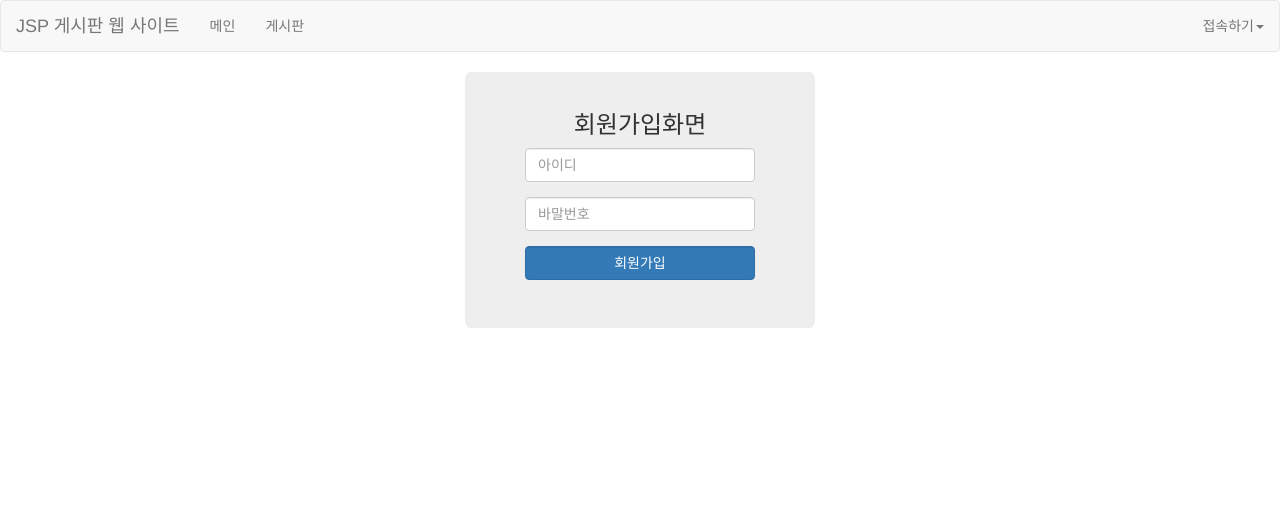
Repository: qqqkjh/JSP
Page: http://localhost/BBS/join.jsp
An editor plug-in stored every save of this project. The page is shown before and after the next save, followed by the edit.
The browser window is 1280 px wide. The pictures show the whole page.
Some web libraries are served in a nearby version. The page is served by Tomcat 9.

Above is the page before, as saved 2020-01-08 12:42:40.

After the next save:
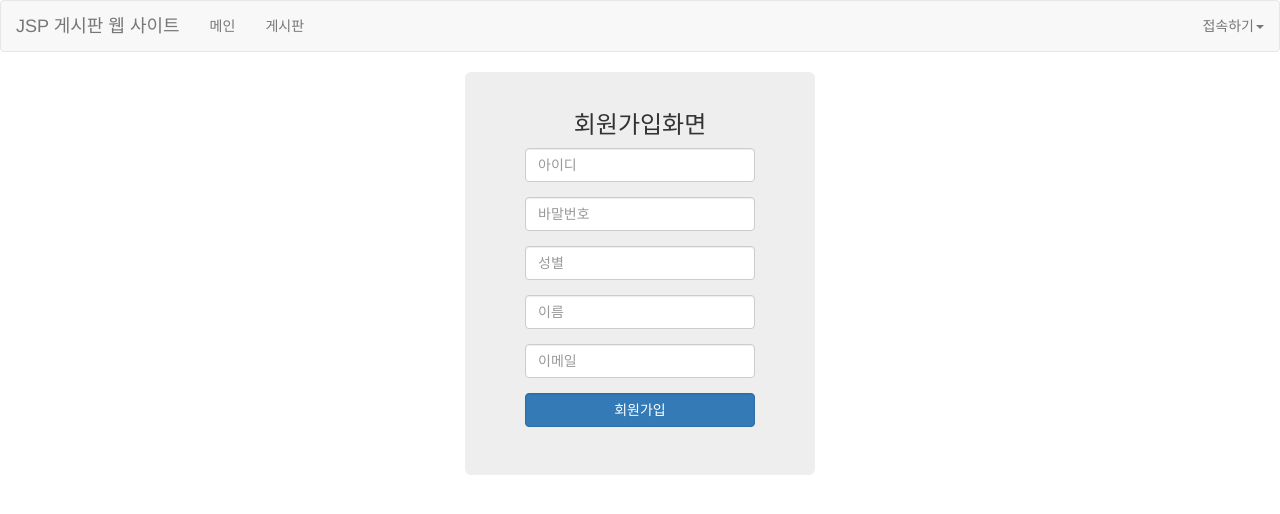
Saved 33 min 34 s later.
--- a/projects/BBS/WebContent/join.jsp
+++ b/projects/BBS/WebContent/join.jsp
@@ -48,7 +48,16 @@
 						<input type="text" class="form-control" placeholder="아이디" name="userID" maxlength="20">
 					</div>
 					<div class="form-group">
-						<input type="text" class="form-control" placeholder="바말번호" name="userPassword" maxlength="20">
+						<input type="password" class="form-control" placeholder="바말번호" name="userPassword" maxlength="20">
+					</div>
+					<div class="form-group">
+						<input type="text" class="form-control" placeholder="성별" name="userGander" maxlength="20">
+					</div>
+					<div class="form-group">
+						<input type="text" class="form-control" placeholder="이름" name="userName" maxlength="20">
+					</div>
+					<div class="form-group">
+						<input type="text" class="form-control" placeholder="이메일" name="userEmail" maxlength="20">
 					</div>
 					<input type="submit" class="btn btn-primary form-control" value="회원가입">
 				</form>
